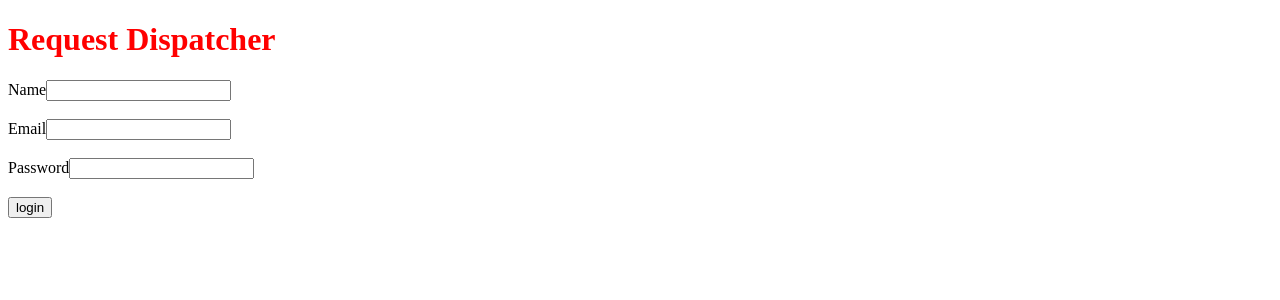
Repository: Ravikumarh6166/my-first-repo
Page: WebApps/src/main/webapp/Request.html
An editor plug-in stored every save of this project. The page is shown before and after the next save, followed by the edit.
The browser window is 1280 px wide. The pictures show the whole page.

Above is the page before, as saved 2022-08-25 10:51:42.

After the next save:
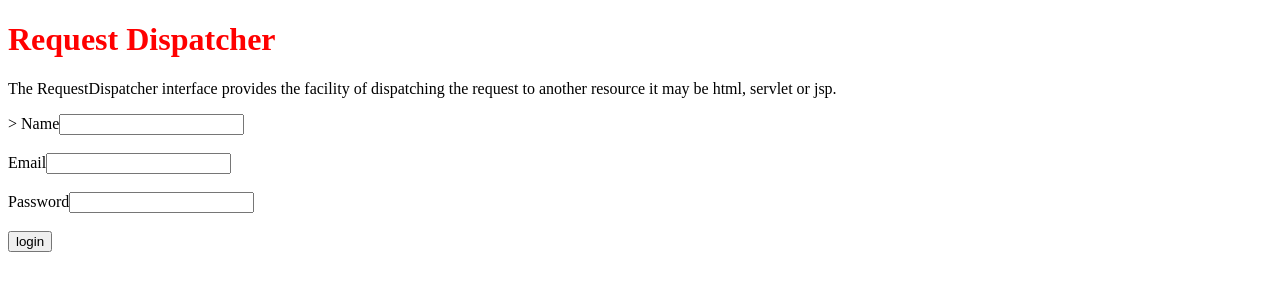
Saved 2 min 26 s later.
--- a/WebApps/src/main/webapp/Request.html
+++ b/WebApps/src/main/webapp/Request.html
@@ -7,6 +7,9 @@
 <body>
 <form action="requ" method="post">
 <h1 style="color:red">Request Dispatcher</h1>
+<p>The RequestDispatcher interface provides the facility of
+ dispatching the request to another resource
+ it may be html, servlet or jsp.</p>>
 Name<input type="text" name="nm"><br><br>
 Email<input type="email" name="useremail"><br><br>
 Password<input type="password" name="upw"><br><br>
